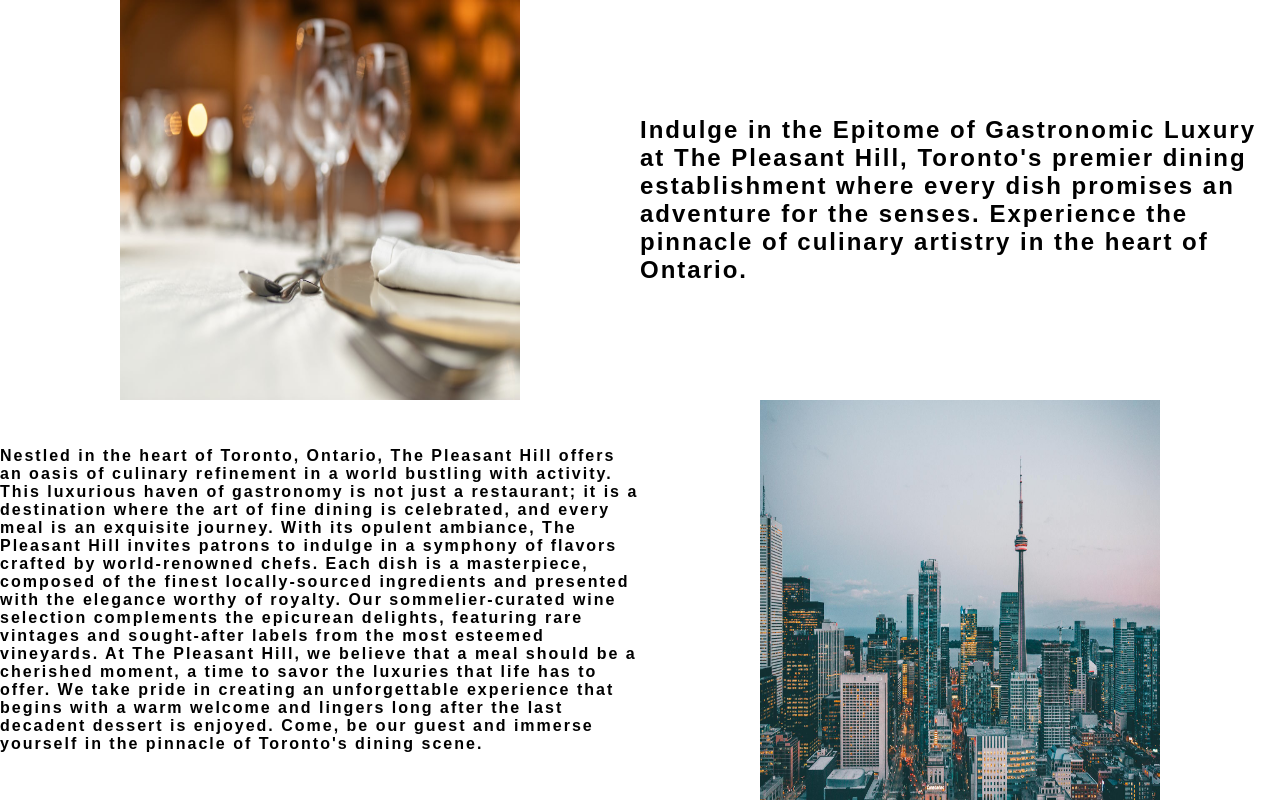
Repository: shayanabedi98/pleasant-hill-restaurant
Page: /
These files come from the project's save history. The page is drawn as it stood at one moment and after the next save; the edit follows.
The browser window is 1280 px wide. The pictures show the part of the page from y = 980 to 1780 px (the page is 1780 px tall).
Backgrounds fixed to the window are drawn as part of the page. Some web fonts or font styles are not loaded; a fallback is used. The project was rebuilt for these pictures with package versions that can differ from the ones it lists, and the page was loaded fresh each time. Also part of the build but not shown: vite.config.js, src/components/Contact.jsx, src/components/MenuList.jsx, src/components/Appetizers.jsx, src/components/Entrees.jsx, src/components/Desserts.jsx, src/components/Drinks.jsx, src/components/Menu.jsx and 1 more.

Above is the page before, as saved 2023-12-27 18:58:41.

### index.html
<!doctype html>
<html lang="en">
  <head>
    <meta charset="UTF-8" />
    <link rel="icon" type="image/svg+xml" href="/vite.svg" />
    <meta name="viewport" content="width=device-width, initial-scale=1.0" />
    <link rel="preconnect" href="https://fonts.googleapis.com">
    <link rel="preconnect" href="https://fonts.gstatic.com" crossorigin>
    <link href="https://fonts.googleapis.com/css2?family=Italiana&display=swap" rel="stylesheet">
    <title></title>
  </head>
  <body>
    <div id="root"></div>
    <script type="module" src="/src/main.jsx"></script>
  </body>
</html>

### src/App.jsx
import { useState } from "react";
import Contact from "./components/Contact";
import Home from "./components/Home";
import Menu from "./components/Menu";
import Navbar from "./components/Navbar";
import "./App.css";

function App() {
  const [activeDiv, setActiveDiv] = useState({
    home: true,
    menu: false,
    contact: false,
  });

  const renderDiv = (clickedItem) => {
    setActiveDiv({
      home: clickedItem === 'home',
      menu: clickedItem === 'menu',
      contact: clickedItem === 'contact'
    })
  }

  return (
    <>
      <Navbar onClick={renderDiv} />
      {activeDiv.home && <Home />}
      {activeDiv.menu && <Menu />}
      {activeDiv.contact && <Contact />}
    </>
  );
}

export default App;

### src/components/Home.jsx
import React from 'react'
import aboutImg from '../assets/about.jpg'
import toronto from '../assets/toronto.jpg'
import '../assets/banner.jpg'

const Home = () => {
  return (
    <div className='home'>
      <div className='banner-content'>
        <h1>Dine in luxury at The Pleasant Hill</h1>
        <div className='banner-buttons'>
          <button>View Menu</button>
          <button>Book Reservation</button>
        </div>
      </div>
      <div className="about">
        <div className='about1'>
          <img src={aboutImg} alt="zoomed in picture of a dining table with utensils" />
          <h2>Indulge in the Epitome of Gastronomic Luxury at The Pleasant Hill, Toronto's premier dining establishment where every dish promises an adventure for the senses. Experience the pinnacle of culinary artistry in the heart of Ontario.</h2>
        </div>

        <div className="about2">
          <p>Nestled in the heart of Toronto, Ontario, The Pleasant Hill offers an oasis of culinary refinement in a world bustling with activity. This luxurious haven of gastronomy is not just a restaurant; it is a destination where the art of fine dining is celebrated, and every meal is an exquisite journey. With its opulent ambiance, The Pleasant Hill invites patrons to indulge in a symphony of flavors crafted by world-renowned chefs. Each dish is a masterpiece, composed of the finest locally-sourced ingredients and presented with the elegance worthy of royalty. Our sommelier-curated wine selection complements the epicurean delights, featuring rare vintages and sought-after labels from the most esteemed vineyards. At The Pleasant Hill, we believe that a meal should be a cherished moment, a time to savor the luxuries that life has to offer. We take pride in creating an unforgettable experience that begins with a warm welcome and lingers long after the last decadent dessert is enjoyed. Come, be our guest and immerse yourself in the pinnacle of Toronto's dining scene.</p>
          <img src={toronto} alt="Toronto skyline" />
        </div>
      </div>
    </div>
  )
}

export default Home

### src/components/Navbar.jsx
import React from "react";
import logo from "../assets/logo2.png";

const Navbar = ({ onClick }) => {
  return (
    <div className="navbar">
      <img src={logo} alt="" />
      <ul>
        <li onClick={() => onClick("home")}>Home</li>
        <li onClick={() => onClick("menu")}>Menu</li>
        <li onClick={() => onClick("contact")}>Contact</li>
      </ul>
    </div>
  );
};

export default Navbar;

### src/App.css


* {
  font-family: 'Italiana', sans-serif;
  font-weight: 600;
  letter-spacing: 2px;
}

body {
  padding: 0px;
  margin: 0px;
}

.contact, .menu {
  margin-top: 180px;
}

.navbar {
  background-color: black;
  display: grid;
  grid-template-columns: 1fr 1fr;
  place-items: center;
  align-content: center;
  height: 120px;
  box-shadow: rgba(0, 0, 0, 0.24) 0px 3px 8px;
  z-index: 2;
  position: fixed;
  width: 100%;
  top: 0;
}

.navbar ul li {
  list-style: none;
  font-size: 24px;
  text-align: center;
  color: rgb(245, 245, 232);
  background-color: black;
}

.navbar ul {
  display: grid;
  width: 70%;
  grid-template-columns: 1fr 1fr 1fr;
  padding: 0px;
  margin: 0px;

}

.navbar ul li:hover {
  cursor: pointer;
  background-color: #aa9c66;
}

.banner-content {
  background: url('./assets/banner.jpg');
  background-attachment: fixed;
  height: 980px;
  display: grid;
  place-items: center;
}

.banner-content h1 {
  position: relative;
  top: 200px;
  font-size: 70px;
  color: #ffffff;
}

.banner-buttons {
  position: relative;
  top: -150px;
  display: grid;
  grid-template-columns: 1fr 1fr;
  gap: 50px;
}

.banner-buttons button {
  width: 170px;
  height: 70px;
  font-size: 20px;
  border: none;
  background-color: #aa9c66;
  color: #ffffff;
  cursor: pointer;
  box-shadow: rgba(50, 50, 93, 0.25) 0px 13px 27px -5px, rgba(0, 0, 0, 0.3) 0px 8px 16px -8px;
}

.about1, .about2 {
  display: grid;
  grid-template-columns: 1fr 1fr;
  place-items: center;
}

.about img {
  height: 400px;
  width: 400px;
}

.card-container {
  display: grid;
  gap: 20px;
  grid-template-columns: repeat(3, 1fr);
  place-items: center;
  color: #aa9c66;
  width: 1200px;
  margin: auto;
}

.menu-imgs {
  width: 300px;
  margin: 30px 30px 30px 30px;
  border-radius: 5%;
}

.menu-desc {
  text-align: center;
  font-weight: 600;
  padding-left: 20px;
  padding-right: 20px
}

.menu-names {
  font-size: 25px;
  text-decoration: underline;
  color: rgb(158, 152, 96);
}

.card {
  width: 370px;
  min-height: 400px;
  cursor: pointer;
  box-shadow: 0 13px 27px -5px hsla(240, 30.1%, 28%, 0.25), 0 8px 16px -8px hsla(0, 0%, 0%, 0.3), 0 -6px 16px -6px hsla(0, 0%, 0%, 0.03);
  transition: all ease 200ms;
  display: grid;
  place-items: center;
  grid-template-rows: 1fr 0.3fr 0.3fr;
  background-color: black;
  border-radius: 1rem;
  overflow: hidden;

}

.card:hover {
  cursor: pointer;
  transform: scale(1.03);
  box-shadow: 0 13px 40px -5px hsla(240, 30.1%, 28%, 0.12), 0 8px 32px -8px hsla(0, 0%, 0%, 0.14), 0 -6px 32px -6px hsla(0, 0%, 0%, 0.02);
}


.menu-desc, .menu-names {
  background-color: black;
}

.menu h2 {
  text-align: center;
  font-size: 35px;
  margin: 60px 0 60px 0;

}

.menu h1 {
  text-align: center;
  font-size: 40px;

}

.menu-top-p {
  text-align: center;
  font-size: 23px;
  width: 1200px;
  margin: 70px auto;
}


.contact h1 {
  text-align: center;
  width: 1200px;
  font-size: 45px;
  margin: 70px auto;
  text-decoration: underline;

}

.contact h2 {
  text-align: center;
  margin: 1px auto;
  width: 1200px;
}

.contact h3 {
  text-align: center;
  margin: 40px auto;
}

.iframe-div {
  margin: 50px auto;
  display: flex;
  justify-content: center;
  align-items: center;
}

Loaded but not shown: src/main.jsx (common file)

After the next save:
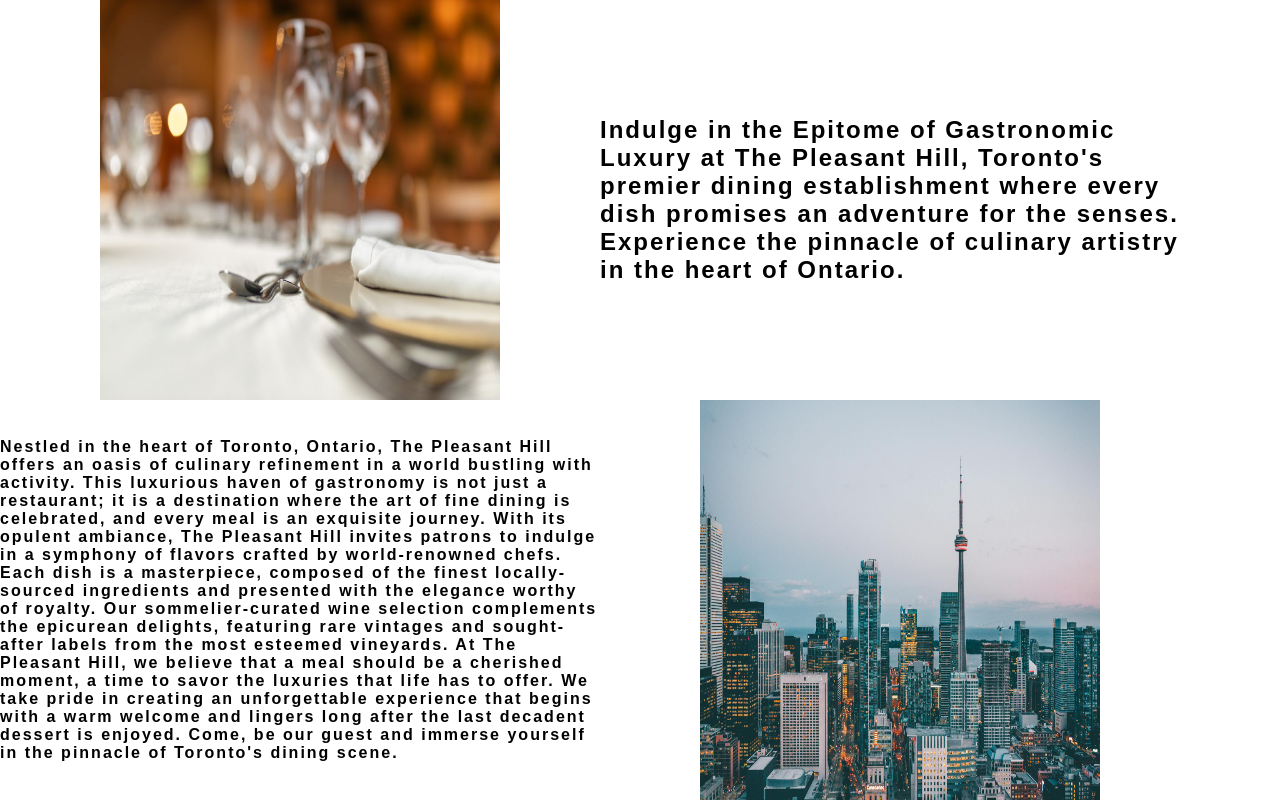
Saved 5 s later.
--- a/src/App.css
+++ b/src/App.css
@@ -89,6 +89,7 @@ body {
   display: grid;
   grid-template-columns: 1fr 1fr;
   place-items: center;
+  width: 1200px;
 }
 
 .about img {
